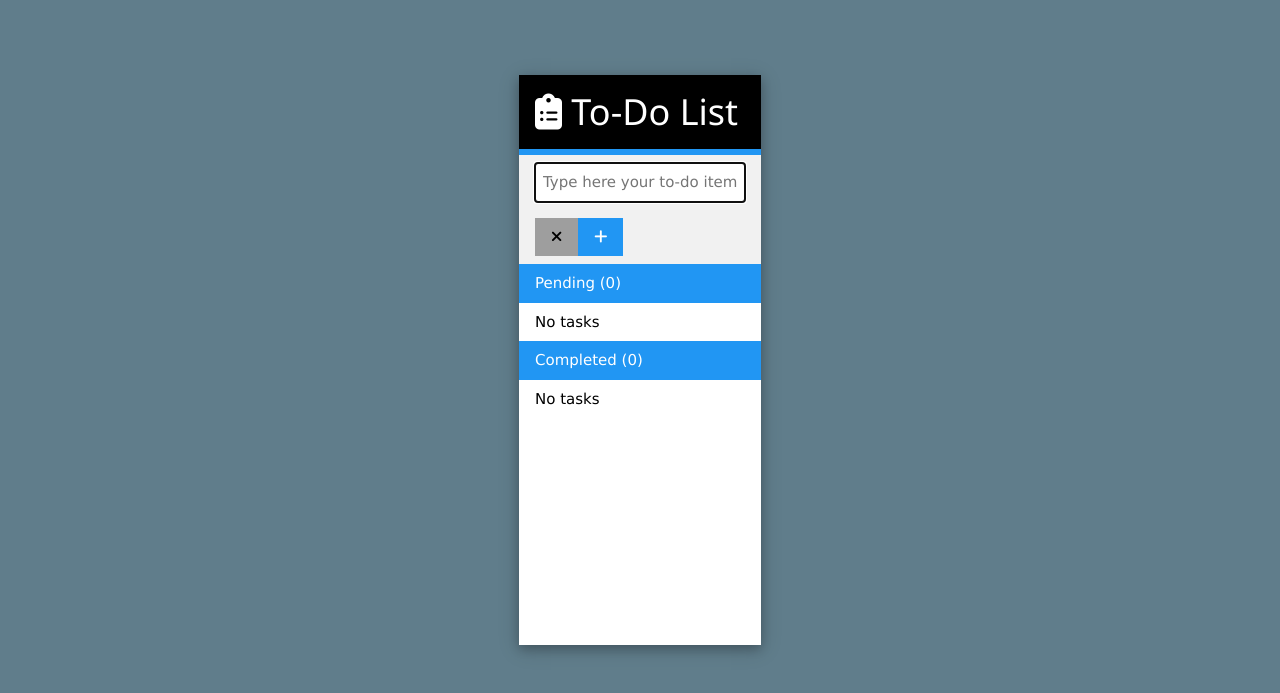
Repository: bclover/vue3-design-patterns-book
Page: /
An editor plug-in stored every save of this project. The page is shown before and after the next save, followed by the edit.
The browser window is 1280 px wide. The pictures show the whole page.
The project was rebuilt for these pictures with package versions that can differ from the ones it lists, and the page was loaded fresh each time. Also part of the build but not shown: vite.config.ts.

Above is the page before, as saved 2023-06-19 22:28:54.

After the next save:
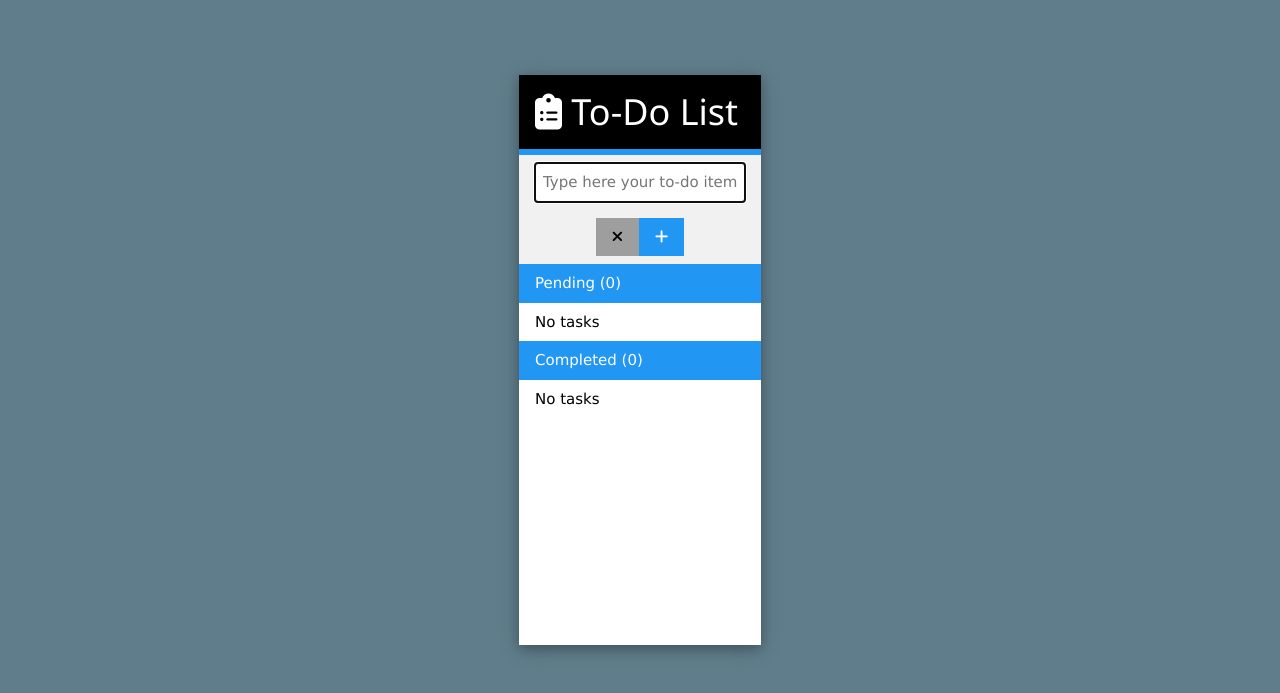
Saved 91 s later.
--- a/src/components/ToDos.vue
+++ b/src/components/ToDos.vue
@@ -51,7 +51,7 @@ function addToDo() {
       />
     </div>
 
-    <div class="w3-container flex-container w3-light-gray w3-padding">
+    <div class="w3-container flex-container w3-light-gray w3-padding w3-center">
       <button class="w3-button w3-gray" @click="clearToDo()">
         <i class="fa-solid fa-times"></i>
       </button>
